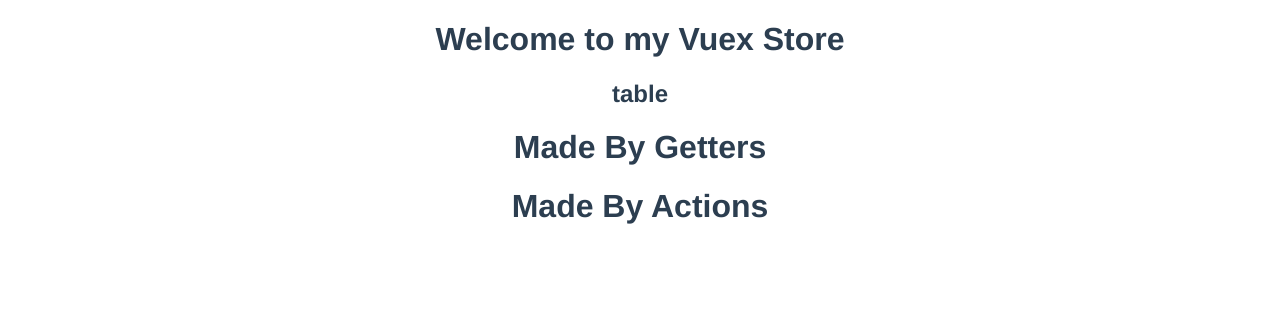
Repository: HaoMiffy/Vue3-compositionAPI-vuex-axios
Page: /
An editor plug-in stored every save of this project. The page is shown before and after the next save, followed by the edit.
The browser window is 1280 px wide. The pictures show the whole page.
The project was rebuilt for these pictures with package versions that can differ from the ones it lists, and the page was loaded fresh each time. Also part of the build but not shown: vue.config.js, src/components/HelloWorld.vue, src/views/HomeView.vue.

Above is the page before, as saved 2022-12-13 15:57:19.

### src/main.js
import { createApp } from 'vue'
import App from './App.vue'
import router from './router'
import store from './store'
import axios from 'axios'
import VueAxios from 'vue-axios'



createApp(App).use(VueAxios, axios).use(store).use(router).mount('#app')

### src/App.vue
<template>
  <div class="hello">
    <h1>{{ msg }}</h1>
    <h2>{{users.title}}</h2>
    <h1>Made By Getters</h1>
    <div v-for="user in getUsers" :key="user.id">
      {{ user.id }} {{ user.name }}
    </div>
    <h1>Made By Actions</h1>
    <div v-for="user in users" :key="user.id">
      {{ user.id }} {{ user.name }}
    </div>
  </div>
</template>

<script setup>
import { ref, onMounted, computed } from "vue";
import { useStore } from "vuex";
const store = useStore();
const msg = ref("Welcome to my Vuex Store");
const getUsers = computed(() => {
  return store.getters.getUsers;
});
const users = computed(() => {
  return store.state.users;
});
onMounted(() => {
  store.dispatch("fetchUsers");
});
</script>





<style>
#app {
  font-family: Avenir, Helvetica, Arial, sans-serif;
  -webkit-font-smoothing: antialiased;
  -moz-osx-font-smoothing: grayscale;
  text-align: center;
  color: #2c3e50;
}

nav {
  padding: 30px;
}

nav a {
  font-weight: bold;
  color: #2c3e50;
}

nav a.router-link-exact-active {
  color: #42b983;
}
</style>

### src/store/index.js
import { createStore } from 'vuex'
import axios from 'axios'



export default createStore({
  state: {
    users:[]
  },
  getters: {
    getUsers: (state) => state.users,
  },
  actions: {
    async fetchUsers({ commit }) {
      try {
        const data = await axios.get(
          "/data.json"
        );
        commit("SET_USERS", data.data);
      } catch (error) {
        alert(error);
        console.log(error);
      }
    },
  },
  //to handle mutations
  mutations: {
    SET_USERS(state, users) {
      state.users = users;
    },
  },
  modules: {
  }
})

### public/data.json
{
    "title":"table",
    "users":[
        {
            "id":1,
            "name":"Max"
        },
        {
            "id":2,
            "name":"Joy"
        },
        {
            "id":3,
            "name":"Josh"
        }
    ],
    "posts":[
        {
            "title":1
        },
        {
            "title":2
        },
        {
            "title":3
        }
    ]
}

Loaded but not shown: public/index.html (common file); src/router/index.js (common file)

After the next save:
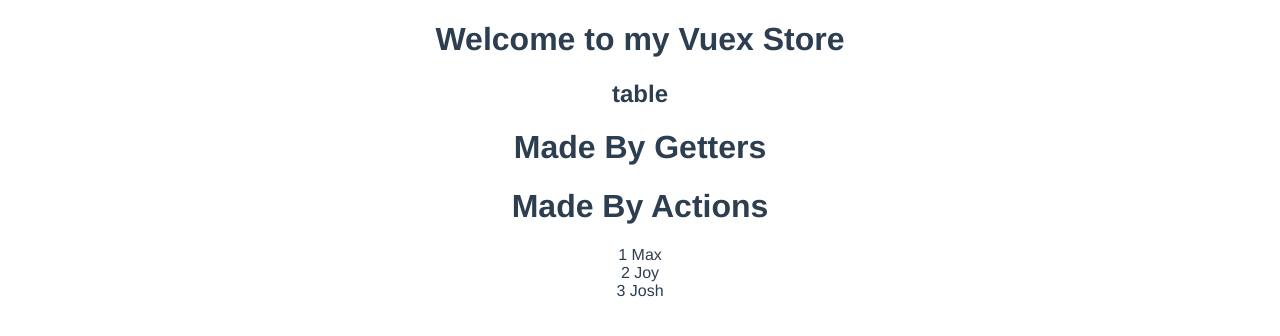
Saved 10 s later.
--- a/src/App.vue
+++ b/src/App.vue
@@ -7,7 +7,7 @@
       {{ user.id }} {{ user.name }}
     </div>
     <h1>Made By Actions</h1>
-    <div v-for="user in users" :key="user.id">
+    <div v-for="user in users.users" :key="user.id">
       {{ user.id }} {{ user.name }}
     </div>
   </div>
